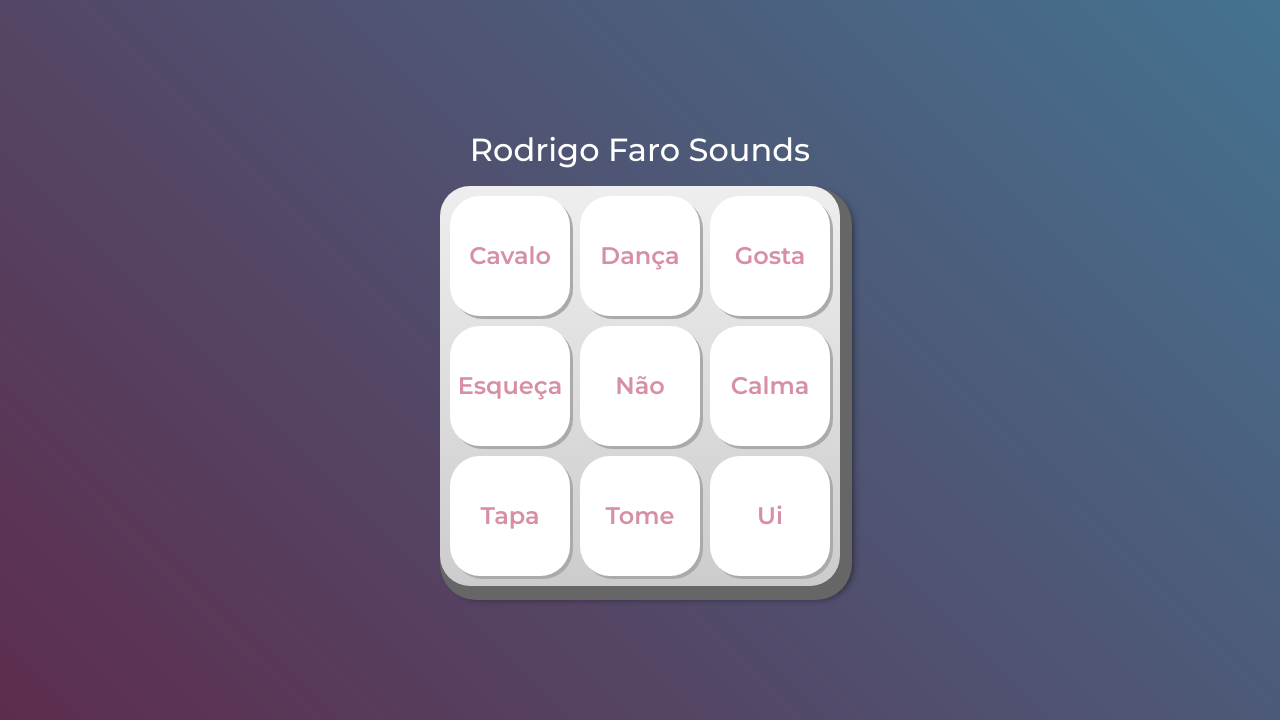
Repository: barbara-teresa-toledo/rodrigo-faro-sounds
Page: index.html
The author's editor kept a copy of each file at every save. The page is drawn from the files as they stood at one save, then again after the next save.
The browser window is 1280 px wide. The pictures show the whole page.

Above is the page before, as saved 2022-08-02 16:23:19.

After the next save:
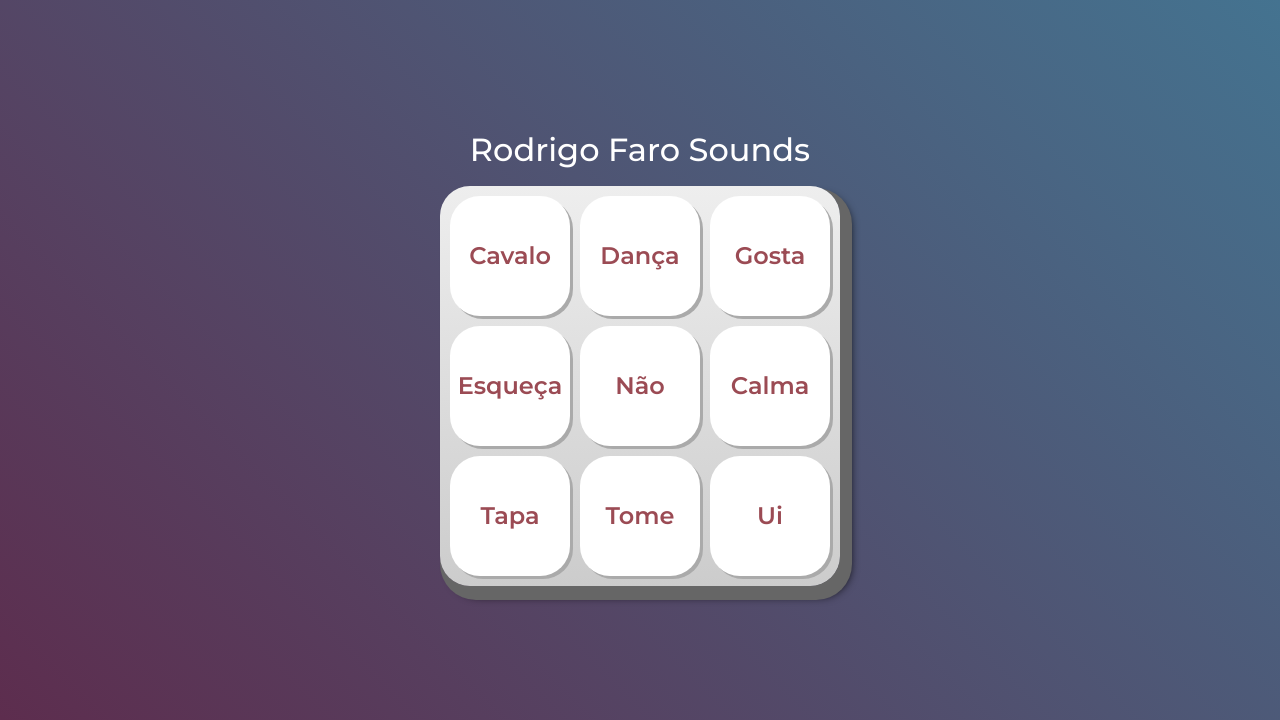
Saved 47 s later.
--- a/css/estilos.css
+++ b/css/estilos.css
@@ -1,6 +1,7 @@
 :root {
   --cinza: #aaa;
   --rosa: #d78fa3;
+  --rosa-escuro: #9b4b54;
   --vermelha-escura: #af303f;
   --branca: #fff;
   --luz: #a8bdc2;
@@ -36,7 +37,7 @@
   background-color: var(--branca);
   border-radius: 30px;
   box-shadow: 3px 3px 0 var(--cinza);
-  color: var(--rosa);
+  color: var(--rosa-escuro);
   cursor: pointer;
   height: 120px;
   font-size: 1.5em;
